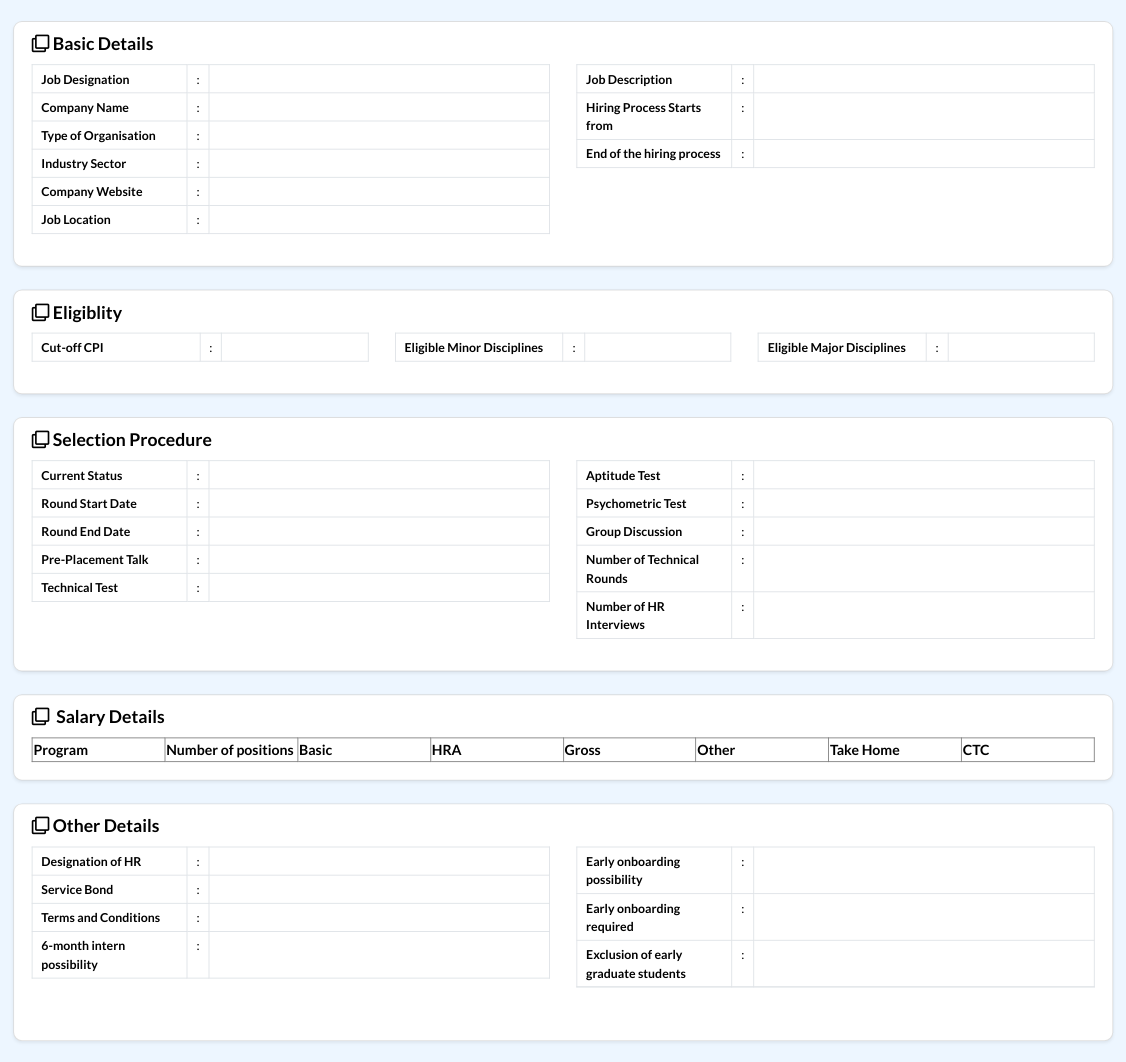
Repository: AditiDey29/Placement_Management_System
Page: templates/dashboard/one_job_details.html
These files come from the project's save history. The page is drawn as it stood at one moment and after the next save; the edit follows.
The browser window is 1280 px wide. The pictures show the whole page, at 88% of full size.
Some web libraries are served in a nearby version. The template is drawn by Flask 3. The application's start-up code is not run. Other server files are loaded and not shown. The template is opened directly, without the code that normally fills it, so the values that code supplies are empty.

Above is the page before, as saved 2023-04-15 18:31:12.

### templates/dashboard/one_job_details.html
<!DOCTYPE html>
<html lang="en">

<head>
  <meta charset="UTF-8">
  <meta name="viewport" content="width=device-width, initial-scale=1.0">
  <meta http-equiv="X-UA-Compatible" content="ie=edge">
  <!-- Google Fonts -->
  <link href="https://fonts.googleapis.com/css?family=Lato:300,400,700,900&display=swap" rel="stylesheet">
  <!-- Bootstrap CSS -->
  <link rel='stylesheet' href='https://cdnjs.cloudflare.com/ajax/libs/twitter-bootstrap/4.1.3/css/bootstrap.min.css'>
  <!-- Font Awesome CSS -->
  <link rel='stylesheet' href='https://cdnjs.cloudflare.com/ajax/libs/font-awesome/5.12.1/css/all.min.css'>
  <title>Job Details</title>

  <style>
    body {
      background: #EDF6FF;
      /* fallback for old browsers */
      background: -webkit-linear-gradient(to right, #EDF6FF, #EDF6FF);
      /* Chrome 10-25, Safari 5.1-6 */
      background: linear-gradient(to right, #EDF6FF, #EDF6FF);
      /* W3C, IE 10+/ Edge, Firefox 16+, Chrome 26+, Opera 12+, Safari 7+ */
      padding: 0;
      margin: 0;
      font-family: 'Lato', sans-serif;
      color: #000;

    }

    .student-profile .card {
      border-radius: 10px;
    }

    .student-profile .card .card-header .profile_img {
      width: 150px;
      height: 150px;
      object-fit: cover;
      margin: 10px auto;
      border: 10px solid #ccc;
      border-radius: 50%;
    }

    .student-profile .card h3 {
      font-size: 20px;
      font-weight: 700;
    }

    .student-profile .card p {
      font-size: 16px;
      color: #000;
    }

    .student-profile .table th,
    .student-profile .table td {
      font-size: 14px;
      padding: 5px 10px;
      color: #000;
    }
  </style>
</head>

<body>
  <!-- START HERE -->

  <div class="student-profile py-4">
    <div class="container-fluid">
      <div class="row">

        <div class="col-lg-12">
          <div class="card shadow-sm">
            <div class="card-header bg-transparent border-0">
              <h3 class="mb-0"><i class="far fa-clone pr-1"></i>Basic Details</h3>
            </div>
            <div class="card-body person_details pt-0">
              <div class="row">
                <div class="col-lg-6">
                  <table class="table table-bordered">
                    <tr>
                      <th width="30%">Job Designation</th>
                      <td width="2%">:</td>
                      <td class="text-muted mb-0">{{job[1]}}</td>
                    </tr>
                    <tr>
                      <th width="30%">Company Name</th>
                      <td width="2%">:</td>
                      <td class="text-muted mb-0">{{company[3]}}</td>
                    </tr>
                    <tr>
                      <th width="30%">Type of Organisation</th>
                      <td width="2%">:</td>
                      <td class="text-muted mb-0">{{company[5]}}</td>
                    </tr>
                    <tr>
                      <th width="30%">Industry Sector</th>
                      <td width="2%">:</td>
                      <td class="text-muted mb-0">{{company[6]}}</td>
                    </tr>
                    <tr>
                      <th width="30%">Company Website</th>
                      <td width="2%">:</td>
                      <td class="text-muted mb-0">{{company[4]}}</td>
                    </tr>
                    <tr>
                      <th width="30%">Job Location</th>
                      <td width="2%">:</td>
                      <td class="text-muted mb-0">{{job[3]}}</td>
                    </tr>
                  </table>
                </div>
                <div class="col-lg-6">
                  <table class="table table-bordered">

                    <tr>
                      <th width="30%">Job Description</th>
                      <td width="2%">:</td>
                      <td class="text-muted mb-0">{{job[2]}}</td>
                    </tr>
                    <tr>
                      <th width="30%">Hiring Process Starts from</th>
                      <td width="2%">:</td>
                      <td class="text-muted mb-0">{{job[12]}}
                      </td>
                    </tr>
                    <tr>
                      <th width="30%">End of the hiring process</th>
                      <td width="2%">:</td>
                      <td class="text-muted mb-0">{{job[13]}}
                      </td>
                    </tr>
                  </table>
                </div>
              </div>
            </div>
          </div>

          <div style="height: 26px"></div>
          <div class="card shadow-sm">
            <div class="card-header bg-transparent border-0">
              <h3 class="mb-0"><i class="far fa-clone pr-1"></i>Eligiblity</h3>
            </div>
            <div class="card-body ed_details pt-0">
              <div class="row">
                <div class="col-lg-4">
                  <table class="table table-bordered">
                    <tr>
                      <th width="50%">Cut-off CPI</th>
                      <td width="2%">:</td>
                      <td class="text-muted mb-0">{{job[4]}}</td>
                    </tr>
                  </table>
                </div>
                <div class="col-lg-4">
                  <table class="table table-bordered">
                    <tr>
                      <th width="50%">Eligible Minor Disciplines</th>
                      <td width="2%">:</td>
                      <td class="text-muted mb-0">{{job[15]}}</td>
                    </tr>
                  </table>
                </div>
                <div class="col-lg-4">
                  <table class="table table-bordered">
                    <tr>
                      <th width="50%">Eligible Major Disciplines</th>
                      <td width="2%">:</td>
                      <td class="text-muted mb-0">{{job[17]}}</td>
                    </tr>
                  </table>
                </div>
              </div>
            </div>
          </div>

          <div style="height: 26px"></div>
          <div class="card shadow-sm">
            <div class="card-header bg-transparent border-0">
              <h3 class="mb-0"><i class="far fa-clone pr-1"></i>Selection Procedure</h3>
            </div>
            <div class="card-body person_details pt-0">
              <div class="row">
                <div class="col-lg-6">
                  <table class="table table-bordered">
                    <tr>
                      <th width="30%">Current Status</th>
                      <td width="2%">:</td>
                      <td class="text-muted mb-0">{{job[1]}}</td>
                    </tr>
                    <tr>
                      <th width="30%">Round Start Date</th>
                      <td width="2%">:</td>
                      <td class="text-muted mb-0">{{job[12]}}
                      </td>
                    </tr>
                    <tr>
                      <th width="30%">Round End Date</th>
                      <td width="2%">:</td>
                      <td class="text-muted mb-0">{{job[13]}}
                      </td>
                    </tr>
                    <tr>
                      <th width="30%">Pre-Placement Talk</th>
                      <td width="2%">:</td>
                      <td class="text-muted mb-0">{{job[16]}}
                    </td>
                    </tr>
                    <tr>
                      <th width="30%">Technical Test</th>
                      <td width="2%">:</td>
                      <td class="text-muted mb-0">{{job[18]}}
                    </td>
                    </tr>
                  </table>

                </div>
                <div class="col-lg-6">
                  <table class="table table-bordered">
                    <tr>
                      <th width="30%">Aptitude Test</th>
                      <td width="2%">:</td>
                      <td class="text-muted mb-0">{{job[19]}}
                    </td>
                    </tr>
                    <tr>
                      <th width="30%">Psychometric Test</th>
                      <td width="2%">:</td>
                      <td class="text-muted mb-0">{{job[20]}}
                    </td>
                    </tr>
                    <tr>
                      <th width="30%">Group Discussion</th>
                      <td width="2%">:</td>
                      <td class="text-muted mb-0">{{job[21]}}
                    </td>
                    </tr>
                    <tr>
                      <th width="30%">Number of Technical Rounds</th>
                      <td width="2%">:</td>
                      <td class="text-muted mb-0">{{job[22]}}
                    </tr>
                    <tr>
                      <th width="30%">Number of HR Interviews</th>
                      <td width="2%">:</td>
                      <td class="text-muted mb-0">{{job[23]}}
                    </tr>
                  </table>
                </div>
              </div>
            </div>
          </div>


          <div style="height: 26px"></div>
          <div class="card shadow-sm">
            <div class="card-header bg-transparent border-0">
              <h3 class="mb-0"><i class="far fa-clone pr-1"></i> Salary Details</h3>
            </div>
            <div class="card-body ed_details pt-0">
              <div class="row">
                <div class="col-lg-12">
                  <table border="1" width="100%" style="table-layout: fixed;">
                    <tr>
                      <th>Program</th>
                      <th>Number of positions</th>
                      <th>Basic</th>
                      <th>HRA</th>
                      <th>Gross</th>
                      <th>Other</th>
                      <th>Take Home</th>
                      <th>CTC</th>

                    </tr>
                    {% for detail in details %}
                    <tr>
                      <td>{{detail[8]}}</td>
                      <td>{{detail[1]}}</td>
                      <td>{{detail[2]}}</td>
                      <td>{{detail[3]}}</td>
                      <td>{{detail[4]}}</td>
                      <td>{{detail[5]}}</td>
                      <td>{{detail[6]}}</td>
                      <td>{{detail[7]}}</td>
                    </tr>
                    {% endfor %}
                  </table>
                </div>
              </div>
            </div>
          </div>
        </div>
      </div>

      <div style="height: 26px"></div>
      <div class="card shadow-sm">
        <div class="card-header bg-transparent border-0">
          <h3 class="mb-0"><i class="far fa-clone pr-1"></i>Other Details</h3>
        </div>
        <div class="card-body person_details pt-0">
          <div class="row">
            <div class="col-lg-6">
              <table class="table table-bordered">
                <tr>
                  <th width="30%">Designation of HR</HR>
                  </th>
                  <td width="2%">:</td>
                  <td class="text-muted mb-0">{{job[1]}}</td>
                </tr>
                <tr>
                  <th width="30%">Service Bond</th>
                  <td width="2%">:</td>
                  <td class="text-muted mb-0">{{company[3]}}</td>
                </tr>
                <tr>
                  <th width="30%">Terms and Conditions</th>
                  <td width="2%">:</td>
                  <td class="text-muted mb-0">{{company[5]}}</td>
                </tr>
                <tr>
                  <th width="30%">6-month intern possibility</th>
                  <td width="2%">:</td>
                  <td class="text-muted mb-0">{{job[7]}}
                </td>
                </tr>

              </table>
            </div>
            <div class="col-lg-6">
              <table class="table table-bordered">
                <tr>
                  <th width="30%">Early onboarding possibility</th>
                  <td width="2%">:</td>
                  <td class="text-muted mb-0">{{job[8]}}
                </td>
                </tr>
                <tr>
                  <th width="30%">Early onboarding required</th>
                  <td width="2%">:</td>
                  <td class="text-muted mb-0">{{job[9]}}
                </td>
                </tr>
                <tr>
                  <th width="30%">Exclusion of early graduate students</th>
                  <td width="2%">:</td>
                  <td class="text-muted mb-0">{{job[10]}}
                </td>
                </tr>
                <tr>
              </table>

              <br>
              {%if (apply)%}
              <form method="POST">
                  <button class="btn btn-lg" type="submit">Apply</button>
              </form>
              {% endif %}
            </div>
          </div>
        </div>
      </div>


    </div>
  </div>





  <script src="http://code.jquery.com/jquery-3.3.1.min.js"
    integrity="sha256-FgpCb/KJQlLNfOu91ta32o/NMZxltwRo8QtmkMRdAu8=" crossorigin="anonymous"></script>
  <script src="https://cdnjs.cloudflare.com/ajax/libs/popper.js/1.14.3/umd/popper.min.js"
    integrity="sha384-ZMP7rVo3mIykV+2+9J3UJ46jBk0WLaUAdn689aCwoqbBJiSnjAK/l8WvCWPIPm49"
    crossorigin="anonymous"></script>
  <script src="https://stackpath.bootstrapcdn.com/bootstrap/4.1.1/js/bootstrap.min.js"
    integrity="sha384-smHYKdLADwkXOn1EmN1qk/HfnUcbVRZyYmZ4qpPea6sjB/pTJ0euyQp0Mk8ck+5T"
    crossorigin="anonymous"></script>
</body>

</html>

After the next save:
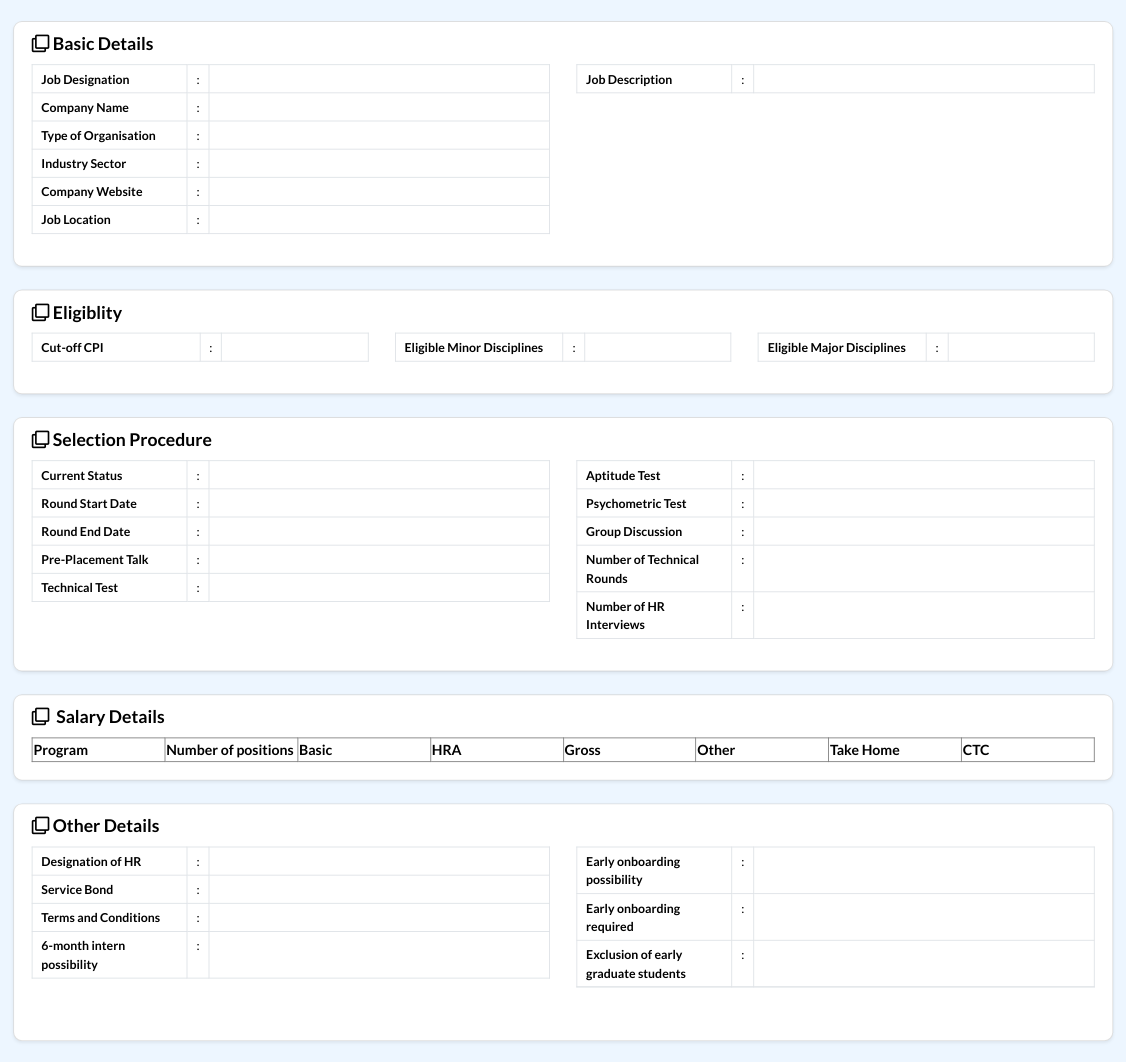
Saved 9 s later.
--- a/templates/dashboard/one_job_details.html
+++ b/templates/dashboard/one_job_details.html
@@ -116,18 +116,7 @@
                       <td width="2%">:</td>
                       <td class="text-muted mb-0">{{job[2]}}</td>
                     </tr>
-                    <tr>
-                      <th width="30%">Hiring Process Starts from</th>
-                      <td width="2%">:</td>
-                      <td class="text-muted mb-0">{{job[12]}}
-                      </td>
-                    </tr>
-                    <tr>
-                      <th width="30%">End of the hiring process</th>
-                      <td width="2%">:</td>
-                      <td class="text-muted mb-0">{{job[13]}}
-                      </td>
-                    </tr>
+
                   </table>
                 </div>
               </div>
